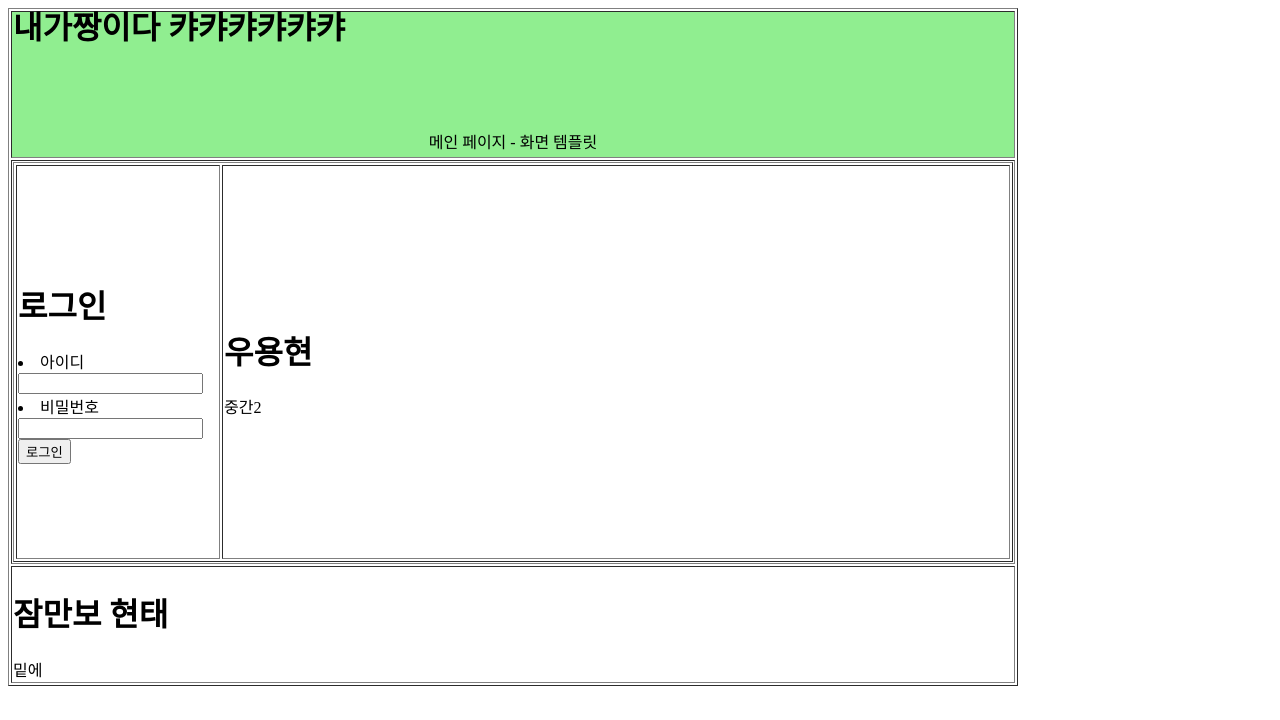
Repository: ikobean/ikoebean
Page: http://localhost/dev_jsp/ch07/index.jsp
These files come from the project's save history. The page is drawn as it stood at one moment and after the next save; the edit follows.
The browser window is 1280 px wide. The pictures show the whole page.
The page is served by Tomcat 9. Other server files are loaded and not shown.

Above is the page before, as saved 2019-07-17 02:15:46.

### workspace_jsp/dev_jsp/WebContent/ch07/index.jsp
<%@ page language="java" contentType="text/html; charset=UTF-8"
    pageEncoding="UTF-8"%>
<!DOCTYPE html>
<html>
<head>
<meta charset="UTF-8">
<title>Insert title here</title>
</head>
<body>
<table border=1 width="1000" height="500">
<!-- top 영억 -->
	<tr>
	<td height="50" bgcolor=lightgreen>
	탑
	<jsp:include page="top.jsp" flush="false"/></td>
	</tr>
<!-- body 영억 -->
	<tr>
		<td>
			<table border=1 width="1000" height="400">
				<tr>
<!-- menu 영억 -->
					<td width="200" >
					<jsp:include page="menu.jsp" flush="false"/>

					</td>
<!-- main 영억 -->
					<td>
					<jsp:include page="main.jsp" flush="false"/>
						중간2
					</td>
				</tr>

			</table>
		</td>
	</tr>
<!-- bottom 영억 -->
	<tr>
		<td height="50">
		<jsp:include page="bottom.jsp" flush="false"/>
		밑에
		</td>
	</tr>
</table>
</body>
</html>

### workspace_jsp/dev_jsp/WebContent/ch07/top.jsp
<%@ page language="java" contentType="text/html; charset=UTF-8"
    pageEncoding="UTF-8"%>
<!DOCTYPE html>
<html>
<head>
<meta charset="UTF-8">
<title>Insert title here</title>
</head>
<body>
<h1>내가짱이다 캬캬캬캬캬캬</h1>
<table width="100%" height="100%" borderColor="orange" border="0.5">
	<tr>
		<td align="center">
	메인 페이지 - 화면 템플릿
		</td>
	</tr>
</table>
</body>
</html>

### workspace_jsp/dev_jsp/WebContent/ch07/menu.jsp
<%@ page language="java" contentType="text/html; charset=UTF-8"
    pageEncoding="UTF-8"%>
<!DOCTYPE html>
<html>
<head>
<meta charset="UTF-8">
<title>Insert title here</title>
</head>
<body>
<h1>로그인</h1>

<li>아이디</li>
<input type="text">
<li>비밀번호</li>
<input type="text">
<input type='button' value="로그인" onclick=alert("암것도없지롱")>
</body>
</html>

### workspace_jsp/dev_jsp/WebContent/ch07/main.jsp
<%@ page language="java" contentType="text/html; charset=UTF-8"
    pageEncoding="UTF-8"%>
<!DOCTYPE html>
<html>
<head>
<meta charset="UTF-8">
<title>Insert title here</title>
</head>
<body>
<h1>우용현</h1>

</body>
</html>

### workspace_jsp/dev_jsp/WebContent/ch07/bottom.jsp
<%@ page language="java" contentType="text/html; charset=UTF-8"
    pageEncoding="UTF-8"%>
<!DOCTYPE html>
<html>
<head>
<meta charset="UTF-8">
<title>Insert title here</title>
</head>
<body>
<h1>잠만보 현태</h1>

</body>
</html>

After the next save:
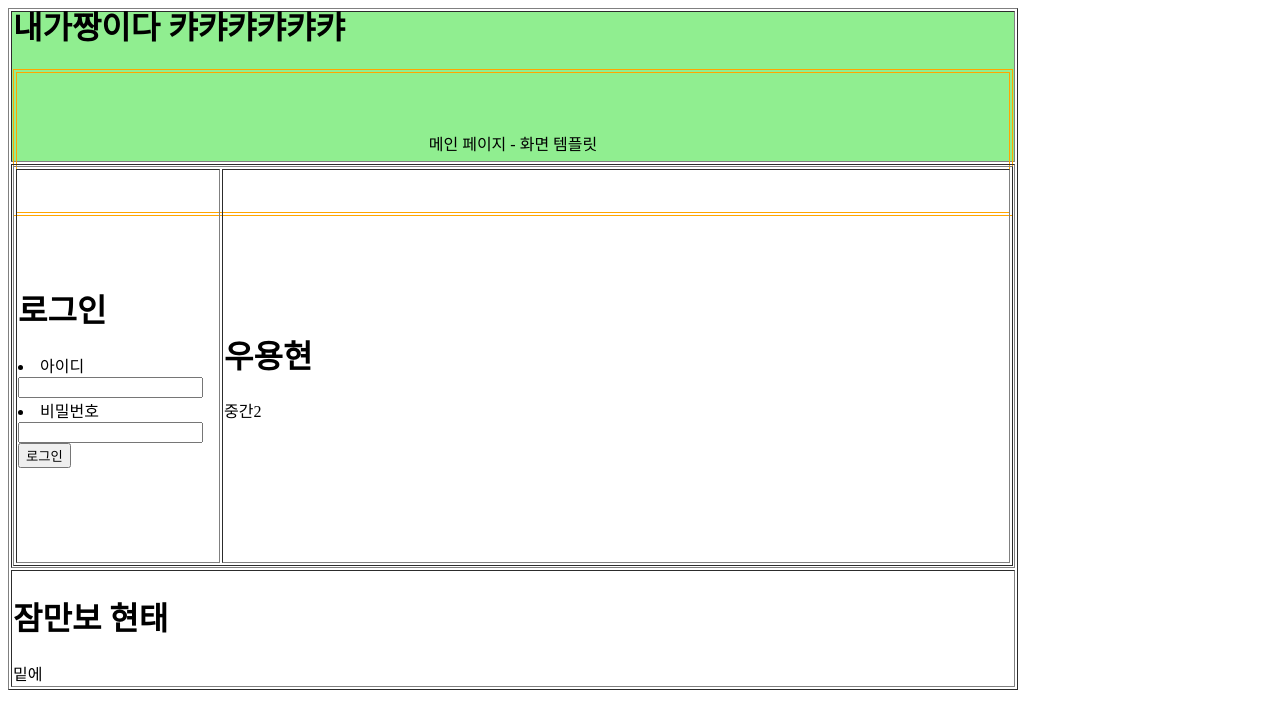
Saved 13 s later.
--- a/workspace_jsp/dev_jsp/WebContent/ch07/top.jsp
+++ b/workspace_jsp/dev_jsp/WebContent/ch07/top.jsp
@@ -8,7 +8,7 @@
 </head>
 <body>
 <h1>내가짱이다 캬캬캬캬캬캬</h1>
-<table width="100%" height="100%" borderColor="orange" border="0.5">
+<table width="100%" height="100%" borderColor="orange" border="1">
 	<tr>
 		<td align="center">
 	메인 페이지 - 화면 템플릿
